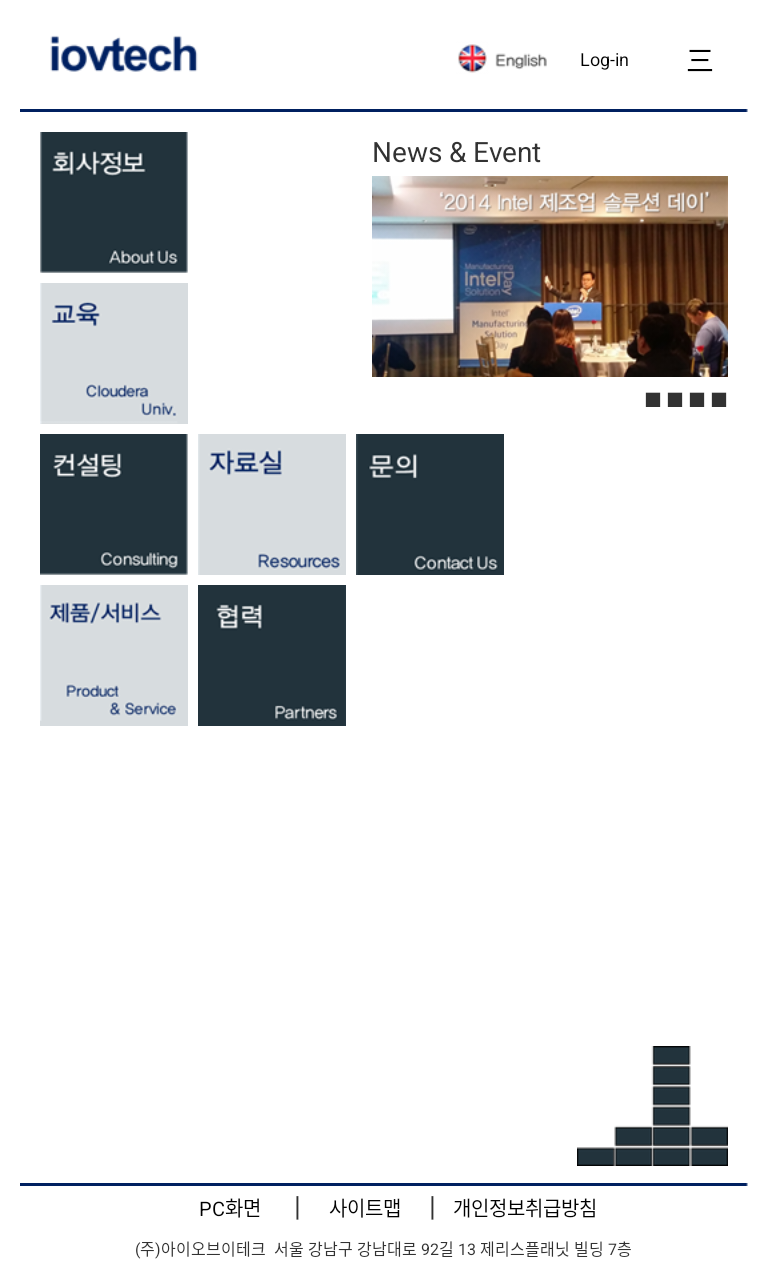
Repository: hyekkyung/CDH_Tutorials
Layout: Mobile_IOV/res/layout/test_page_0.xml
The author's editor kept a copy of each file at every save. The layout is drawn from the files as they stood at one save, then again after the next save.
It is drawn on a 768 x 1280 px phone screen (xhdpi) without system bars, with theme AppTheme; the app's code is not run.

Above is the layout before, as saved 2015-02-02 06:35:52.

### Mobile_IOV/res/layout/test_page_0.xml
<?xml version="1.0" encoding="utf-8"?>
<RelativeLayout xmlns:android="http://schemas.android.com/apk/res/android"
    android:layout_width="match_parent"
    android:layout_height="match_parent"
    android:paddingLeft="10sp"
    android:paddingRight="10sp"
    android:paddingBottom="10sp"
    android:paddingTop="5sp" >

    <LinearLayout
        android:id="@+id/linearLayout1"
        android:layout_width="wrap_content"
        android:layout_height="wrap_content"
        android:layout_alignParentLeft="true"
        android:layout_alignParentRight="true"
        android:layout_alignParentTop="true" >

        <ImageButton
            style="?android:attr/buttonStyleSmall"
            android:layout_width="wrap_content"
            android:layout_height="wrap_content"
            android:background="#FFFFFF"
            android:src="@drawable/logo_03" />

        <ImageButton
       		android:id="@+id/kor_btn"
            style="?android:attr/buttonStyleSmall"
            android:layout_width="wrap_content"
            android:layout_height="wrap_content"
            android:background="#FFFFFF"
            android:layout_weight="0.5"
            android:layout_marginLeft="25sp"
            android:onClick="mOnclick" />

        <ImageView
       		android:id="@+id/lang_btn"
            android:layout_width="wrap_content"
            android:layout_height="wrap_content"
            android:background="@drawable/eng_btn"
            android:paddingLeft="3sp"
            android:onClick="mOnclick"
            android:layout_gravity="center" />

        <Button
            style="?android:attr/buttonStyleSmall"
            android:layout_width="wrap_content"
            android:layout_height="wrap_content"
            android:background="#FFFFFF"
            android:text="Log-in"
            android:textSize="9sp"
            android:layout_gravity="center" />

        <Button
            style="?android:attr/buttonStyleSmall"
            android:layout_width="wrap_content"
            android:layout_height="wrap_content"
            android:background="#FFFFFF"
            android:text="三"
            android:layout_gravity="center" />

    </LinearLayout>

    <ImageView
        android:id="@+id/imageView1"
        android:layout_width="wrap_content"
        android:layout_height="wrap_content"
        android:layout_below="@+id/linearLayout1"
        android:layout_centerHorizontal="true"
        android:src="@drawable/sep_line" />

    <TextView
        android:id="@+id/textView1"
        android:layout_width="wrap_content"
        android:layout_height="wrap_content"
        android:layout_alignParentBottom="true"
        android:layout_centerHorizontal="true"
        android:paddingTop="5sp"
        android:text="(주)아이오브이테크  서울 강남구 강남대로 92길 13 제리스플래닛 빌딩 7층"
        android:textSize="8sp" />

    <LinearLayout
        android:id="@+id/linearLayout2"
        android:layout_width="wrap_content"
        android:layout_height="wrap_content"
        android:layout_above="@+id/textView1"
        android:layout_centerHorizontal="true" >

        <Button
            android:id="@+id/button1"
            android:layout_width="wrap_content"
            android:layout_height="20sp"
            android:background="#FFFFFF"
            android:text=" PC화면 "
            android:textSize="10sp" />

        <TextView
            android:layout_width="wrap_content"
            android:layout_height="wrap_content"
            android:text="|"
            android:textAppearance="?android:attr/textAppearanceSmall" />

        <Button
            android:id="@+id/button2"
            android:layout_width="wrap_content"
            android:layout_height="20sp"
            android:background="#FFFFFF"
            android:text=" 사이트맵 "
            android:textSize="10sp" />

        <TextView
            android:layout_width="wrap_content"
            android:layout_height="wrap_content"
            android:text="| "
            android:textAppearance="?android:attr/textAppearanceSmall" />

        <Button
            android:id="@+id/button3"
            android:layout_width="wrap_content"
            android:layout_height="20sp"
            android:background="#FFFFFF"
            android:text="  개인정보취급방침 "
            android:textSize="10sp" />
    </LinearLayout>

    <ImageView
        android:id="@+id/imageView3"
        android:layout_width="wrap_content"
        android:layout_height="wrap_content"
        android:layout_above="@+id/linearLayout2"
        android:layout_alignLeft="@+id/imageView1"
        android:paddingTop="5sp"
        android:src="@drawable/sep_line" />

    <RelativeLayout
        android:layout_width="wrap_content"
        android:layout_height="wrap_content"
        android:layout_alignBottom="@+id/imageView3"
        android:layout_alignParentLeft="true"
        android:layout_alignRight="@+id/imageView3"
        android:layout_below="@+id/imageView1"
        android:paddingLeft="10sp"
        android:paddingRight="10sp"
        android:paddingTop="10sp"
        android:paddingBottom="10sp" >

        <ImageButton
            android:id="@+id/imageButton1"
            android:layout_width="wrap_content"
            android:layout_height="wrap_content"
            android:layout_alignParentRight="true"
            android:layout_below="@+id/textView2"
            android:src="@drawable/event_1"
            android:background="#FFFFFF" />

        <TextView
            android:id="@+id/textView2"
            android:layout_width="wrap_content"
            android:layout_height="wrap_content"
            android:layout_alignLeft="@+id/imageButton1"
            android:layout_alignParentTop="true"
            android:text="News &amp; Event"
            android:textAppearance="?android:attr/textAppearanceSmall"
            android:paddingBottom="3sp" />

        <ImageButton
            android:id="@+id/imageButton2"
            android:layout_width="wrap_content"
            android:layout_height="wrap_content"
            android:layout_alignParentLeft="true"
            android:layout_alignTop="@+id/textView2"
            android:background="#FFFFFF"
            android:src="@drawable/icon_info" />

        <ImageButton
            android:id="@+id/imageButton3"
            android:layout_width="wrap_content"
            android:layout_height="wrap_content"
            android:layout_alignParentLeft="true"
            android:layout_below="@+id/imageButton2"
            android:src="@drawable/icon_edu"
            android:background="#FFFFFF"
            android:paddingTop="5sp" />

        <ImageButton
            android:id="@+id/imageButton4"
            android:layout_width="wrap_content"
            android:layout_height="wrap_content"
            android:layout_alignParentLeft="true"
            android:layout_below="@+id/imageButton3"
            android:src="@drawable/icon_consult"
            android:background="#FFFFFF"
            android:paddingTop="5sp" />

        <ImageButton
            android:id="@+id/imageButton5"
            android:layout_width="wrap_content"
            android:layout_height="wrap_content"
            android:layout_alignParentLeft="true"
            android:layout_below="@+id/imageButton4"
            android:src="@drawable/icon_product"
            android:background="#FFFFFF"
            android:paddingTop="5sp" />

        <ImageButton
            android:id="@+id/imageButton6"
            android:layout_width="wrap_content"
            android:layout_height="wrap_content"
            android:layout_alignTop="@+id/imageButton4"
            android:layout_toRightOf="@+id/imageButton4"
            android:src="@drawable/icon_resource"
            android:background="#FFFFFF"
            android:paddingTop="5sp"
            android:paddingLeft="5sp" />

        <ImageButton
            android:id="@+id/imageButton7"
            android:layout_width="wrap_content"
            android:layout_height="wrap_content"
            android:layout_alignLeft="@+id/imageButton6"
            android:layout_alignTop="@+id/imageButton5"
            android:src="@drawable/icon_partner"
            android:background="#FFFFFF"
            android:paddingTop="5sp"
            android:paddingLeft="5sp" />

        <ImageButton
            android:id="@+id/imageButton8"
            android:layout_width="wrap_content"
            android:layout_height="wrap_content"
            android:layout_alignTop="@+id/imageButton6"
            android:layout_toRightOf="@+id/imageButton6"
            android:src="@drawable/icon_contact"
            android:background="#FFFFFF"
            android:paddingTop="5sp"
            android:paddingLeft="5sp" />

        <ImageView
            android:id="@+id/imageView2"
            android:layout_width="wrap_content"
            android:layout_height="wrap_content"
            android:layout_alignParentBottom="true"
            android:layout_alignRight="@+id/imageButton1"
            android:src="@drawable/logo_graph" />

        <TextView
            android:id="@+id/textView3"
            android:layout_width="wrap_content"
            android:layout_height="wrap_content"
            android:layout_alignRight="@+id/imageButton1"
            android:layout_below="@+id/imageButton1"
            android:text="■"
            android:textSize="12sp"
            android:paddingTop="2sp"
            android:paddingLeft="2sp" />

        <TextView
            android:id="@+id/textView4"
            android:layout_width="wrap_content"
            android:layout_height="wrap_content"
            android:layout_below="@+id/imageButton1"
            android:layout_toLeftOf="@+id/textView3"
            android:text="■"
            android:textSize="12sp"
            android:paddingTop="2sp"
            android:paddingLeft="2sp" />

        <TextView
            android:id="@+id/textView5"
            android:layout_width="wrap_content"
            android:layout_height="wrap_content"
            android:layout_below="@+id/imageButton1"
            android:layout_toLeftOf="@+id/textView4"
            android:text="■"
            android:textSize="12sp"
            android:paddingTop="2sp"
            android:paddingLeft="2sp" />

        <TextView
            android:id="@+id/textView6"
            android:layout_width="wrap_content"
            android:layout_height="wrap_content"
            android:layout_below="@+id/imageButton1"
            android:layout_toLeftOf="@+id/textView5"
            android:text="■"
            android:textSize="12sp"
            android:paddingTop="2sp"
            android:paddingLeft="2sp" />

    </RelativeLayout>

</RelativeLayout>

Loaded but not shown: Mobile_IOV/res/values/styles.xml (common file); Mobile_IOV/res/values-v11/styles.xml (common file); Mobile_IOV/res/values-v14/styles.xml (common file)

After the next save:
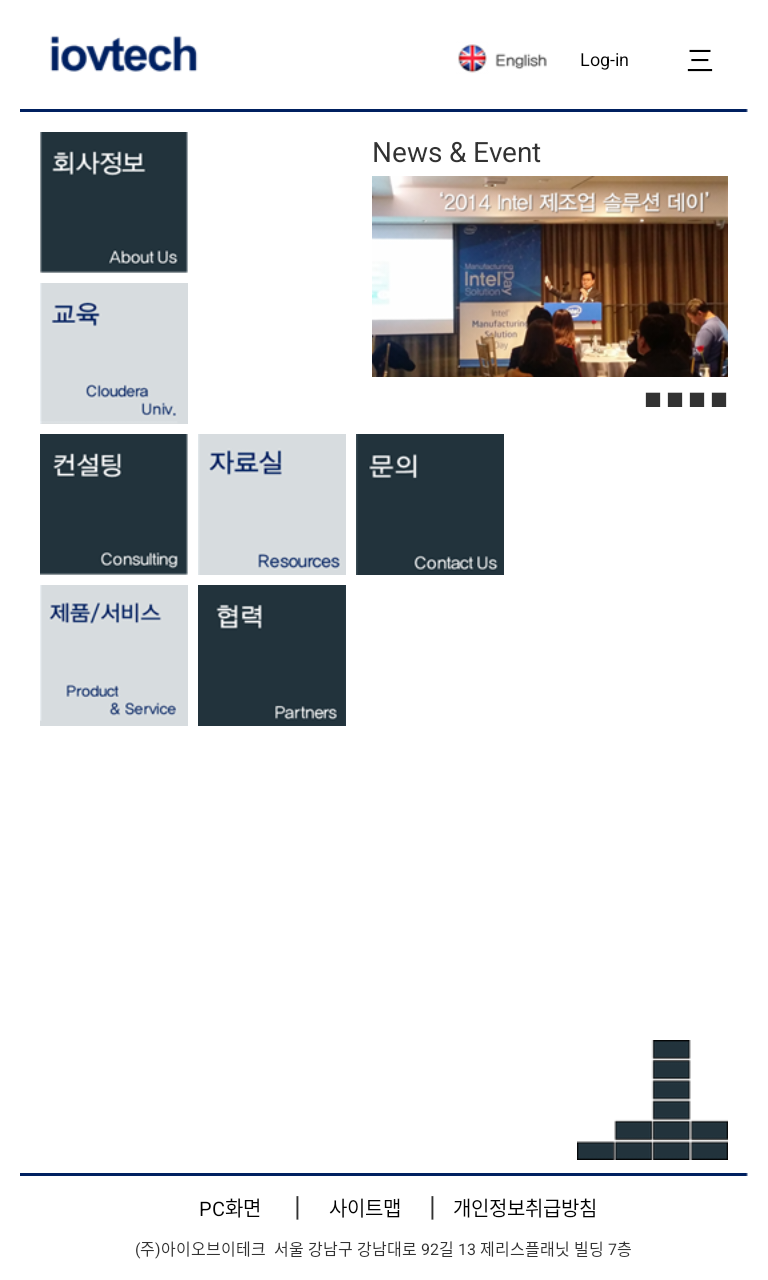
Saved 116 s later.
--- a/Mobile_IOV/res/layout/test_page_0.xml
+++ b/Mobile_IOV/res/layout/test_page_0.xml
@@ -129,6 +129,7 @@
         android:layout_above="@+id/linearLayout2"
         android:layout_alignLeft="@+id/imageView1"
         android:paddingTop="5sp"
+        android:paddingBottom="5sp"
         android:src="@drawable/sep_line" />
 
     <RelativeLayout
@@ -240,7 +241,8 @@
             android:layout_height="wrap_content"
             android:layout_alignParentBottom="true"
             android:layout_alignRight="@+id/imageButton1"
-            android:src="@drawable/logo_graph" />
+            android:src="@drawable/logo_graph"
+            android:paddingBottom="3sp" />
 
         <TextView
             android:id="@+id/textView3"
